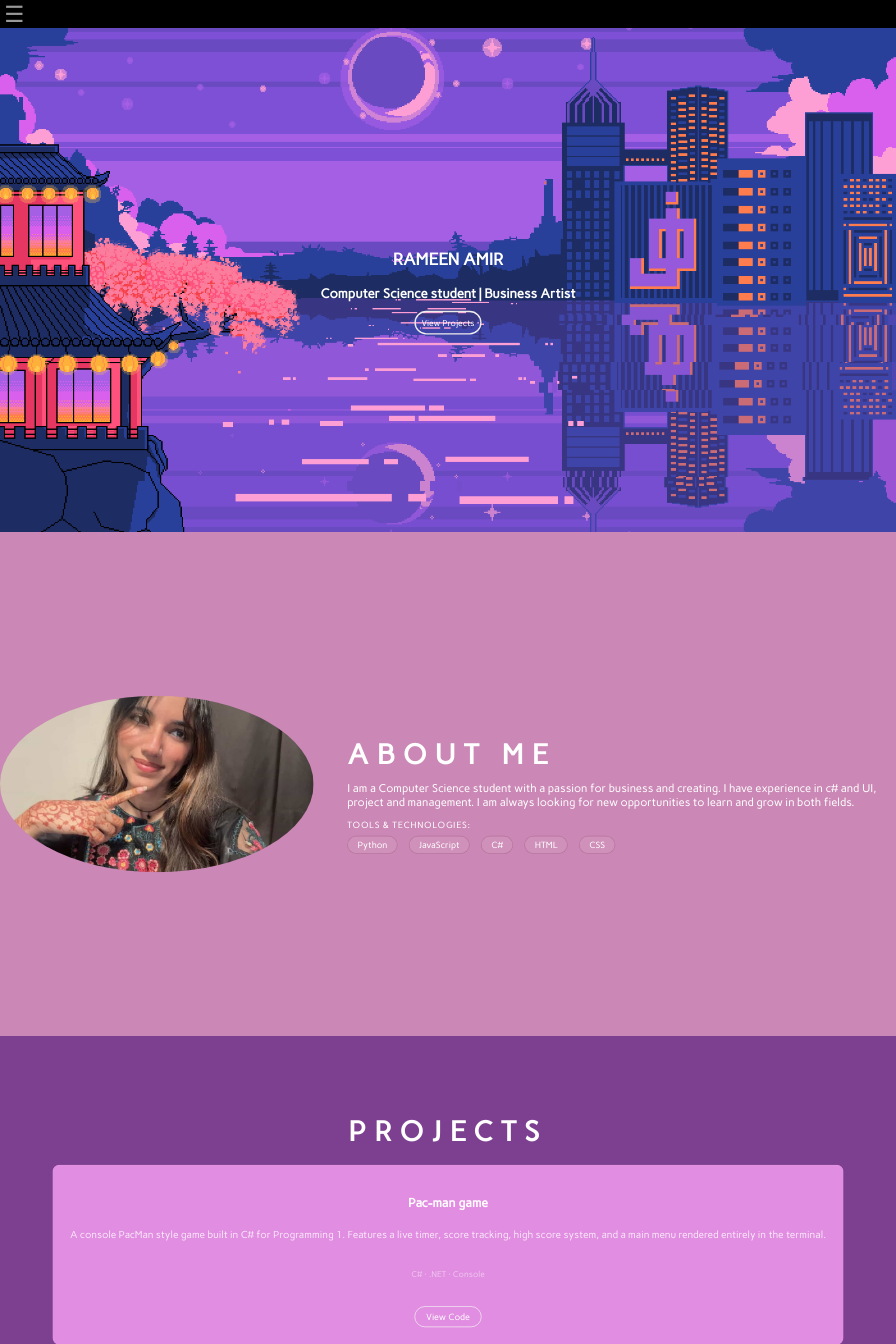
Repository: Rameen-A/Rameen-A
Page: index.html
An editor plug-in stored every save of this project. The page is shown before and after the next save, followed by the edit.
The browser window is 1280 px wide. The pictures show the part of the page from y = 0 to 1920 px (the page is 2876 px tall), at 70% of full size.

Above is the page before, as saved 2026-05-07 23:53:27.

### index.html
<!DOCTYPE html>
<html lang="en">
  <head>
    <meta charset="UTF-8" />
    <meta name="viewport" content="width=device-width, initial-scale=1.0" />
    <title>My Portfolio Project</title>
    <link rel="stylesheet" href="styles/globals.css" />
    <link rel="stylesheet" href="styles/index.css" />
  </head>
  <body>
    <nav class="sidebar">
      <button class="menu-button">☰</button>
      <ul class="menu">
        <li><a href="#about">About me</a></li>
        <li><a href="#projects">View Projects</a></li>
        <li><a href="#contact">My Info </a></li>
      </ul>
    </nav>
    <!-- Hero Section -->
    <section class="hero">
      <article>
        <h1>Rameen Amir</h1>
        <h3>Computer Science student | Business Artist</h3>
        <a href="#projects">View Projects</a>
      </article>
    </section>
    <!-- About Me Section -->
    <section class="about" id="about">
      <img
        src="assets/images/686415663_1672869123865112_6993977710073232581_n.jpg"
        alt="Profile Picture"
      />
      <!-- !my image doesnt have srcset - will add in the end -->
      <!-- !need an svg for menu bar and other spots - will end in the end-->

      <div class="about-content">
        <h2 class="aboutMe">About Me</h2>
        <p>
          I am a Computer Science student with a passion for business and
          creating. I have experience in c# and UI, project and management. I am
          always looking for new opportunities to learn and grow in both fields.
        </p>
        <p class="tools-labels">Tools & Technologies:</p>
        <ul class="tools-list">
          <li>Python</li>
          <li>JavaScript</li>
          <li>C#</li>
          <li>HTML</li>
          <li>CSS</li>
        </ul>
      </div>
    </section>
    <!-- Projects Section -->
    <section class="projects" id="projects">
      <h2>Projects</h2>
      <div class="cards">
        <article class="card">
          <h3>Pac-man game</h3>
          <p>
            A console PacMan style game built in C# for Programming 1. Features
            a live timer, score tracking, high score system, and a main menu
            rendered entirely in the terminal.
          </p>
          <p class="tech">C# · .NET · Console</p>
          <a href="" target="_blank">View Code</a>
        </article>
        <article class="card">
          <h3>Trash Sorting AI</h3>
          <p>
            A machine learning model trained on Teachable Machine to classify
            garbage into 4 categories: glass, plastic, paper, and metal.
            Integrated with a p5.js web app that sends predictions to a
            Raspberry Pi Pico via serial, lighting up different LEDs based on
            the result.
          </p>
          <p class="tech">
            Teachable Machine · p5.js · Arduino · Raspberry Pi Pico
          </p>
          <a href="" target="_blank">View Project</a>
        </article>
      </div>
    </section>
    <!-- Contact Section -->
    <section class="contact">
      <h2 id="contact">Contact</h2>
      <div class="contact-cards">
        <div class="contact-card">
          <p class="default">Email</p>
          <a href="mailto:rameenamir.ca@gmail.com" class="hover-text"
            >rameenamir.ca@gmail.com</a
          >
        </div>

        <div class="contact-card">
          <p class="contact-label">LinkedIn</p>
          <a
            href="https://www.linkedin.com/in/rameen-amir-5a9912349/"
            target="_blank"
            >Rameen Amir</a
          >
        </div>
        <div class="contact-card">
          <p class="contact-label">Phone Number</p>
          <a href="tel:5145617912">514-561-7912</a>
        </div>
        <div class="contact-card">
          <p class="contact-label">Henna Business Instagram</p>
          <a
            href="https://www.instagram.com/henna_byrameen?igsh=OGZzczk1ZWl6bW9p"
            target="_blank"
            >Henna_byrameen</a
          >
        </div>
        <div class="contact-card">
          <p class="contact-label">CV</p>
          <a href="assets/images/rameen cv 26.png" target="_blank">View CV</a>
        </div>
      </div>
    </section>
  </body>
  <script>
    const button = document.querySelector(".menu-button");
    const menu = document.querySelector(".menu");
    const links = document.querySelectorAll(".menu a");

    button.addEventListener("click", () => {
      menu.classList.toggle("show");
    });

    links.forEach((link) => {
      link.addEventListener("click", () => {
        menu.classList.remove("show");
      });
    });
  </script>
</html>

### styles/globals.css
/* FONT DEFS */
@font-face {
  font-family: "main font";
  src: url(../assets/fonts/Carme/Carme-Regular.ttf);
}

/* CROSS PAGE STYLES */
body {
  color: white;
  font-family: "main font", Verdana, sans-serif;
  margin: auto; /* ! margin needs to be default so 0*/
}

h1 {
  font-weight: bold;
  text-transform: uppercase;
  font-size: 1.5rem; /*! too small for desktop*/
}

a {
  text-decoration: none;
  color: white;
  font-size: 0.75rem; /*! too small*/
}
ul {
  list-style: none;
  padding: 0;
  margin: 0;
}
a:hover {
  text-decoration: underline;
}

### styles/index.css
body {
  margin: 0;
  top: 0;
  background-color: black;
}

.hero {
  display: flex;
  align-items: center;
  justify-content: center;
  text-align: center;
  height: 100vh;

  background-image: url(../assets/images/9a61269bd961543ec7b161a66536ad3a.gif);
  background-size: cover;
  background-position: center;
  background-repeat: no-repeat;
}
.hero a,
.card a {
  border: 2px solid rgb(238, 236, 236);
  padding: 0.5rem;
  border-radius: 20px;
}
article {
  opacity: 1;
}
/*menu bar */
.menu {
  position: fixed;
  top: 0;
  left: -25%;
  width: 25%;
  height: 100vh;
  background: rgba(0, 0, 0, 0.9);

  display: flex;
  flex-direction: column;
  padding-top: 5rem;
}

.menu.show {
  left: 0;
  transition: left 0.3s ease;
}
.menu-button {
  opacity: 0.6;
  font-size: 2rem;

  background: transparent;
  border: none;
  outline: 2px solid transparent;

  color: white;
  cursor: pointer;
}
/* ABOUT ME  */
.about {
  display: flex;
  align-items: center;
  justify-content: center;
  min-height: 100vh;
  text-align: center;

  gap: 2.5rem;
  flex-direction: column;

  background-color: rgb(203, 135, 181);
}
.about h2 {
  font-size: 1.75rem;
  margin-bottom: 1rem;
  letter-spacing: 0.3em;
  text-transform: uppercase;
}
.about-content .about-content p {
  display: flex;
  flex-direction: column;
  align-items: center;
  gap: 1rem;
  margin: 0 1rem;
  width: 100%;
  max-width: 90%;
  text-align: left;
  line-height: 1.8;
  font-size: 1rem;
  max-width: 32rem;
}
.about img {
  max-width: 35%;
  border-radius: 100%;
  overflow: hidden;
  display: inline-block;
  vertical-align: middle;
}
.about-list li {
  font-size: 0.95rem;
  line-height: 1.5;
}

.tools-labels {
  font-size: 0.8rem;
  text-transform: uppercase;
  letter-spacing: 0.08em;
  text-align: left;
  margin-bottom: 0.5rem;
}
.tools-list {
  display: flex;
  flex-wrap: wrap; /* allows items to wrap / internet*/
  gap: 1rem;
  text-align: left;
}
.tools-list li {
  background-color: rgba(255, 252, 252, 0.08);
  border: 1px solid rgba(82, 4, 35, 0.2);
  border-radius: 20px;
  padding: 0.3rem 0.85rem;
  font-size: 0.8rem;
}
/*PROJECTS*/
.projects {
  display: flex;
  justify-content: center;
  min-height: 100vh;
  background-color: rgb(125, 64, 144);
  align-items: center;
  padding-top: 4rem;
  padding-bottom: 3rem;
  flex-direction: column;
}
.projects h2 {
  font-size: 1.75rem;
  margin-bottom: 1rem;
  letter-spacing: 0.3em;
  text-transform: uppercase;
}

.cards {
  display: flex;
  flex-direction: column;
  gap: 1.5rem;
  align-items: center;
  margin: 0 1rem;
  width: 100%;
  max-width: 90%;
  text-align: left;
}
.card {
  background-color: #e18de1;
  border: 1px solid rgba(230, 216, 225, 0.1);
  border-radius: 10px;
  padding: 1.5rem;
  text-align: left;
  display: flex;
  flex-direction: column;
  align-items: center;
  gap: 1rem;
  margin: 0.5rem;
}

.card:hover {
  border-color: rgba(180, 26, 26, 0.4);
}

.card h3 {
  font-size: 1.1rem;
  margin-bottom: 0.5rem;
}

.card p {
  font-size: 0.9rem;
  line-height: 1.6;
  opacity: 0.8;
  margin: 0 0 0.5rem 0;
}

.card .tech {
  font-size: 0.75rem;
  opacity: 0.5;
  margin: 0.75rem 0;
}

.card a {
  display: inline-block;
  border: 1px solid rgb(244, 239, 242);
  padding: 0.4rem 1rem;
  border-radius: 20px;
  font-size: 0.8rem;
  margin-top: 0.5rem;
}

.card a:hover {
  background-color: rgb(247, 235, 235);
  color: #0a1628;
  text-decoration: none;
}

/*CONTACT PAGE*/
.contact {
  display: flex;
  flex-direction: column;
  align-items: center;

  padding-bottom: 6rem;
  padding: 4rem 1rem;

  background-color: rgb(2, 0, 0);
}
.contact h2 {
  font-size: 1.75rem;
  margin-bottom: 1rem;
  letter-spacing: 0.3em;
  text-transform: uppercase;
}
.contact-cards {
  display: flex;
  flex-direction: column;
  gap: 1.5rem;

  width: 100%;
  max-width: 90%;

  margin: 0 auto;
  align-items: center;
}
.contact-card {
  background-color: #deb2de;
  padding: 1rem;
  border-radius: 10px;
  text-align: center;
  position: relative;
  overflow: hidden;
  width: 100%;
  max-width: 22rem;
}
.default {
  display: block;
  transition: opacity 0.3s ease;
}
.hover-text {
  position: absolute;
  inset: 0; /* fills the card */

  display: flex;
  align-items: center;
  justify-content: center;

  opacity: 0;
  transition: opacity 0.3s ease;
}
.contact-card:hover {
  transform: translateY(-5px);
  transition: transform 0.3s ease;
}
.contact-card a {
  opacity: 0;
  transition: opacity 0.3s ease;
  display: block;
  margin-top: 0.5rem;
  background-color: rgb(8, 0, 8);
}
.contact-card:hover a {
  opacity: 1;
  background-color: #ed8eda;
}
.contact-card:hover .default {
  opacity: 0;
}

.contact-card:hover .hover-text {
  opacity: 1;
}
.contact-card .label {
  font-size: 1rem;
  text-transform: uppercase;
}

/* nav mods */
nav {
  position: sticky;
  top: 0;
}

nav ul {
  display: flex;
  justify-content: flex-end;
  margin: 0rem;
}

nav ul li {
  list-style: none;
  margin: 1rem;
}

/* Mobile-first navigation */
nav ul {
  justify-content: center;
}

/* Tablet and desktop layouts */
@media (min-width: 768px) {
  nav ul {
    justify-content: flex-end;
  }

  .about {
    flex-direction: row;
    gap: 3rem;
    text-align: left;
  }

  .cards {
    flex-direction: row;
    flex-wrap: wrap;
    justify-content: center;
  }

  .contact-cards {
    flex-direction: row;
    flex-wrap: wrap;
    justify-content: center;
  }

  .about h2,
  .projects h2,
  .contact h2 {
    font-size: 2.5rem;
  }
}

After the next save:
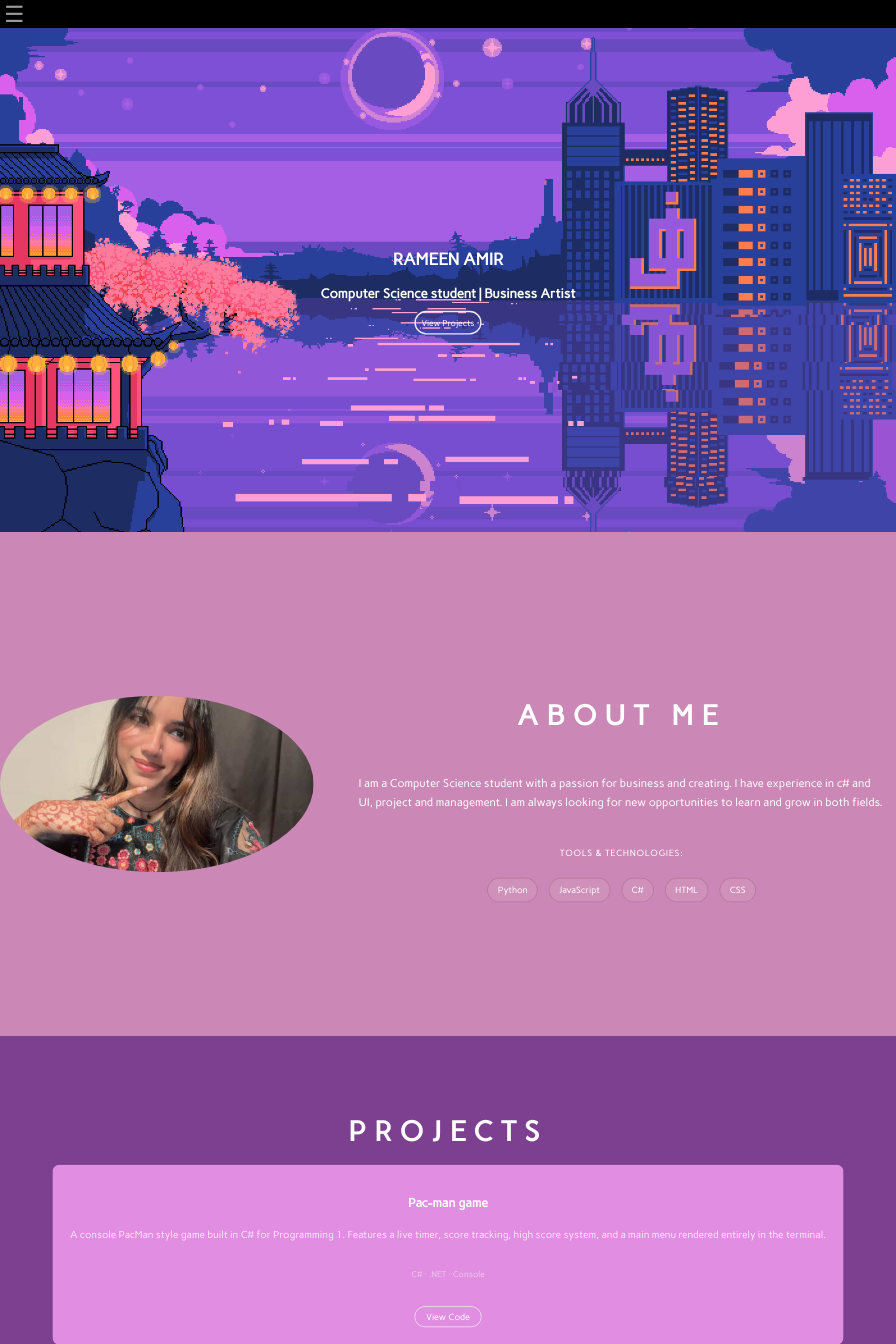
Saved 36 s later.
--- a/styles/index.css
+++ b/styles/index.css
@@ -73,7 +73,7 @@ article {
   letter-spacing: 0.3em;
   text-transform: uppercase;
 }
-.about-content .about-content p {
+.about-content {
   display: flex;
   flex-direction: column;
   align-items: center;
@@ -84,7 +84,6 @@ article {
   text-align: left;
   line-height: 1.8;
   font-size: 1rem;
-  max-width: 32rem;
 }
 .about img {
   max-width: 35%;
